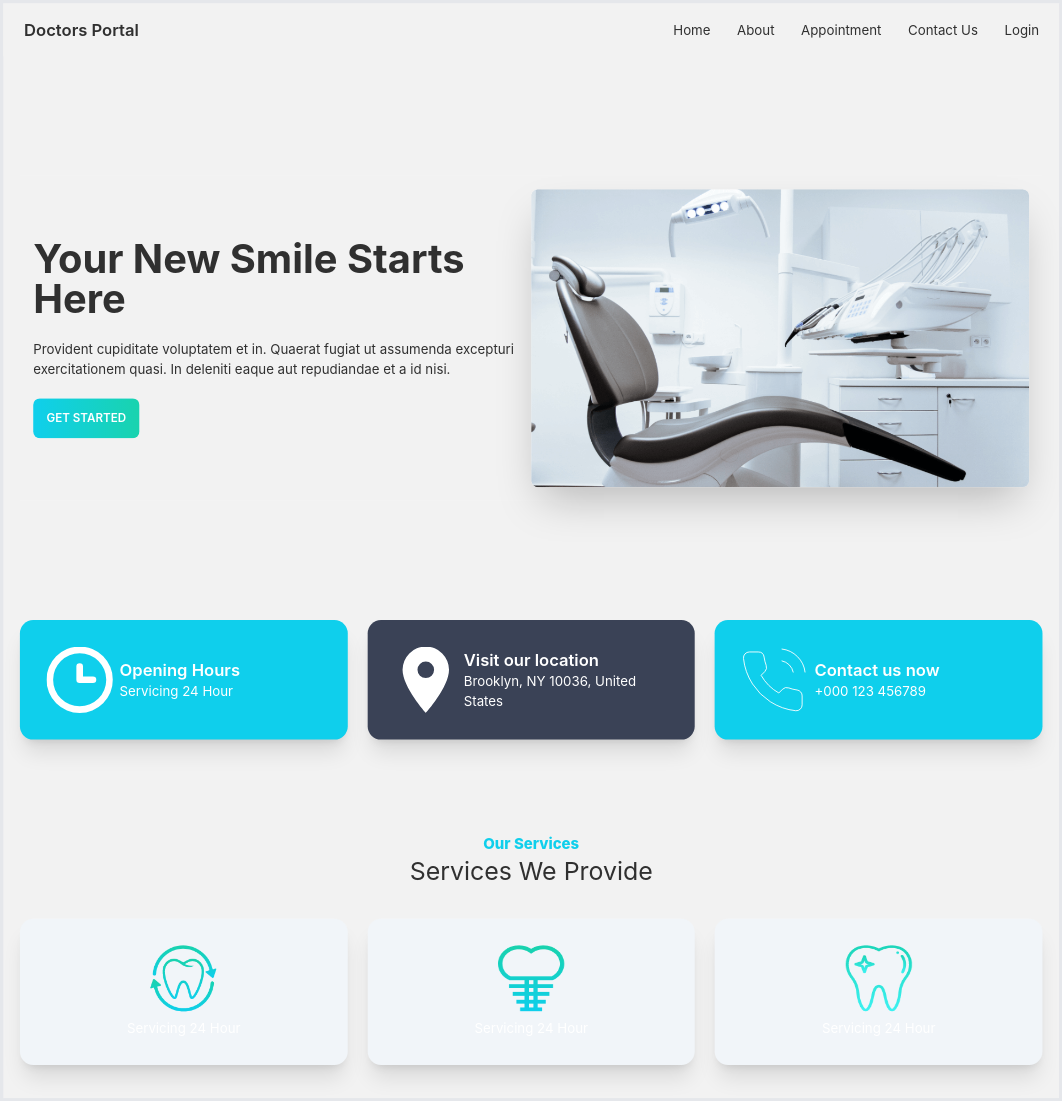
Repository: Samad77/Doctorportal-Client
Page: /
These files come from the project's save history. The page is drawn as it stood at one moment and after the next save; the edit follows.
The browser window is 1280 px wide. The pictures show the whole page, at 83% of full size.
The project was rebuilt for these pictures with package versions that can differ from the ones it lists, and the page was loaded fresh each time. Also part of the build but not shown: src/Pages/Login/Login.js.

Above is the page before, as saved 2022-11-12 12:47:31.

After the next save:
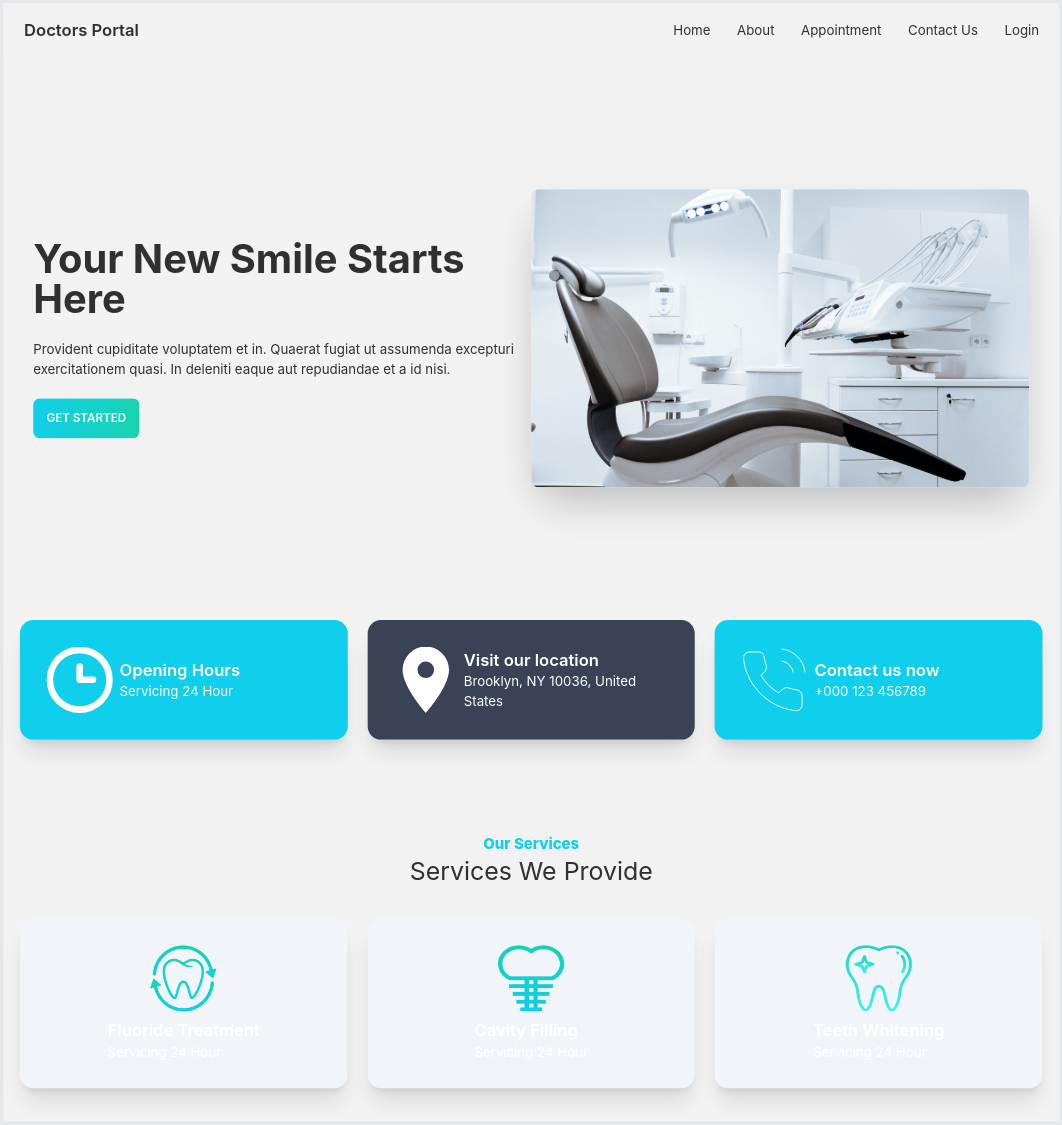
Saved 7 s later.
--- a/src/Pages/Home/Services/Services.js
+++ b/src/Pages/Home/Services/Services.js
@@ -48,7 +48,7 @@ const Service = ({service}) => {
                     <img src={service.img} alt="" className='w-20 h-20'/>
                 </div>
                 <div className='text-left'>
-                    <h2 className="card-title">{name}</h2>
+                    <h2 className="card-title">{service.name}</h2>
                     <p>Servicing 24 Hour</p>
                 </div>
             </div>
